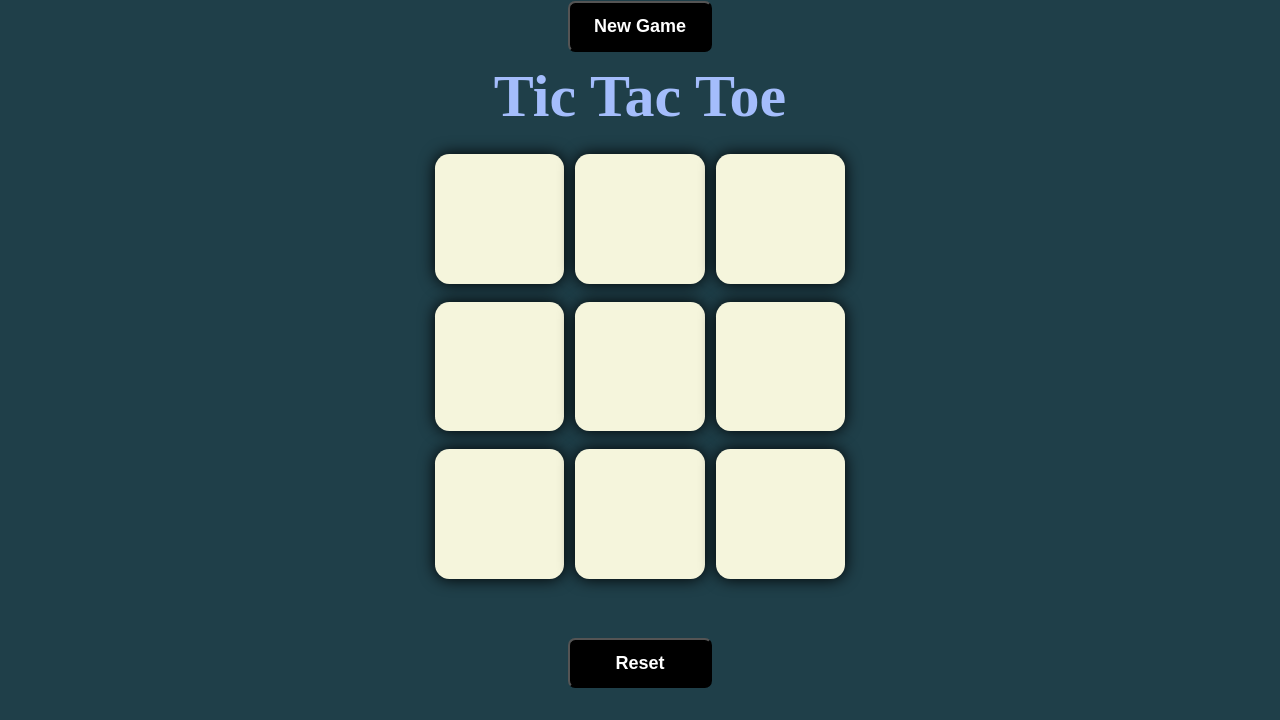
Repository: AreezAnsari/Tic-Tac-Toe
Page: Game/Game.html
The author's editor kept a copy of each file at every save. The page is drawn from the files as they stood at one save, then again after the next save.
The browser window is 1280 px wide. The pictures show the whole page.

Above is the page before, as saved 2025-06-01 15:30:29.
Console error: TypeError: box.addEventListener is not a function

### Game/Game.html
<!DOCTYPE html>
<html lang="en">
<head>
    <meta charset="UTF-8">
    <meta name="viewport" content="width=device-width, initial-scale=1.0">
    <title>Document</title>
    <link rel="stylesheet" href="Game.css">
</head>
<body>
    <div class="msg-container">
        <p class="msg">Winner</p>
        <button class="new-btn">New Game</button>
    </div>
    <main>
        <h1>Tic Tac Toe</h1>
    <div class="container">
        <div class="game">
        <button class="box"></button>
        <button class="box"></button>
        <button class="box"></button>
        <button class="box"></button>
        <button class="box"></button>
        <button class="box"></button>
        <button class="box"></button>
        <button class="box"></button>
        <button class="box"></button>
        </div>
        </div>
        <button class="reset-btn">Reset</button>
    </main>
    <script src="Game.js"></script>
</body>
</html>

### Game/Game.css
*{
    margin: 0;
    padding: 0;
}

body{
    text-align: center;
    background-color: #1F3F49;
}
h1{
    color: #A4BDFC;
    margin-top: 10px;
    padding-bottom: 20px;
    font-size: 60px;
}
.container{
    text-align: center;
    height: 70vh;
    display: flex;
    justify-content: center;
}
.game
{
    height: 60vmin;
    width: 60vmin;
    gap: 1.5vmin;
    display: flex;
    flex-wrap: wrap;
    align-items: center;
    justify-content: center;
}
.box{
    color: black;
    background-color: beige;
    height: 18vmin;
    width: 18vmin;
    font-weight: bolder;
    font-size: xxx-large;
    border: none;
    border-radius: 2vmin;
    box-shadow: 0 0 1rem rgb(0, 0, 1);
}
.box:hover {
  color: #ff0000;
  transform: translateY(-2px);
}
.box:active {
transform: scale(0.98);
}
.reset-btn{
    margin-top: -10vmin;
    align-items: center;
    padding: 1vmin;
    font-size: 2.5vmin;
    font-weight: bold;
    background-color: black;
    color: white;
    border-radius: 1vmin;
    width: 20vmin;
    height: 7vmin;
}
.reset-btn:hover {
  color: red;
  transform: translateY(-2px);
}
.reset-btn:active {
transform: scale(0.98);
}

.new-btn{
    margin-top: -10vmin;
    align-items: center;
    padding: 1vmin;
    font-size: 2.5vmin;
    font-weight: bold;
    background-color: black;
    color: white;
    border-radius: 1vmin;
    width: 20vmin;
    height: 7vmin;
}
.new-btn:hover {
  color: red;
  transform: translateY(-2px);
}
.new-btn:active {
transform: scale(0.98);
}

### Game/Game.js
let box = document.querySelectorAll(".box");
let button = document.querySelector("button");
let container = document.querySelector(".container");

let value = "X";

const btn = () => {
  if (value === "X") {
    button.innerHTML = "Y";
    Value = "Y";
  } else {
    button.innerText = "X";
    Value = "X";
  }
};

box.addEventListener("click", btn);

After the next save:
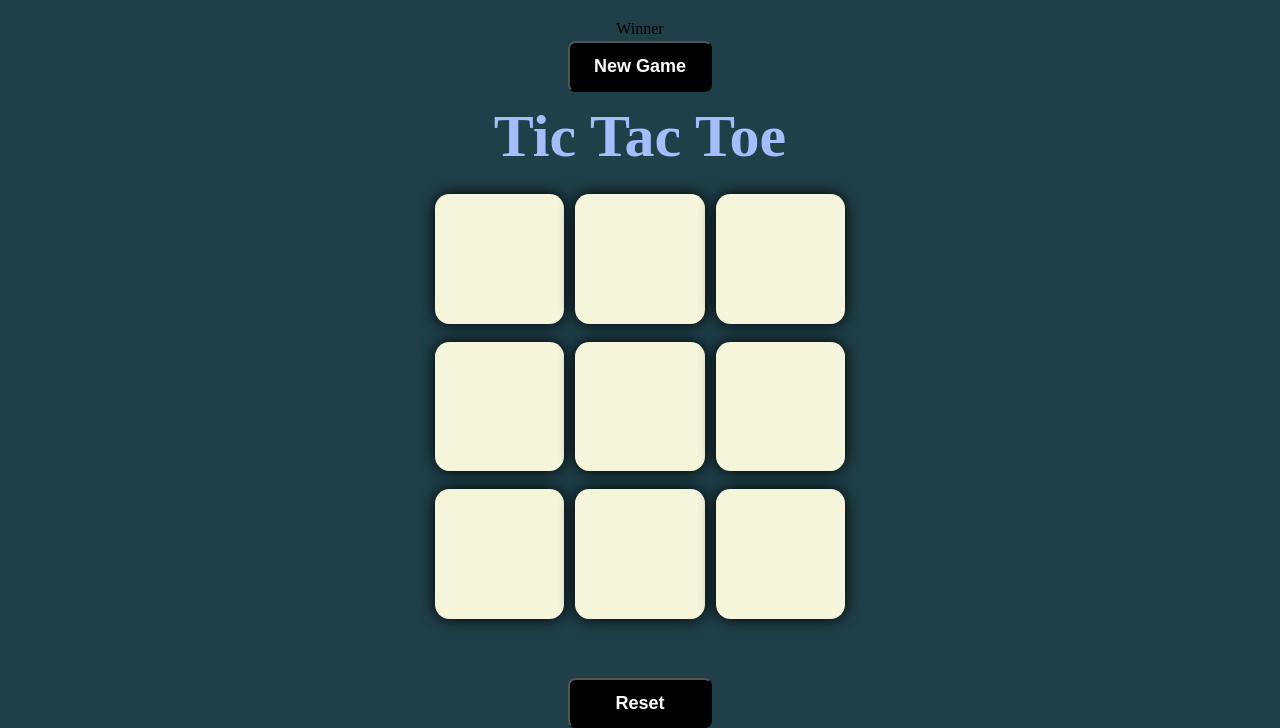
Saved 22 s later.
--- a/Game/Game.css
+++ b/Game/Game.css
@@ -86,3 +86,7 @@
 .new-btn:active {
 transform: scale(0.98);
 }
+
+.msg{
+    padding: 20px;
+}
